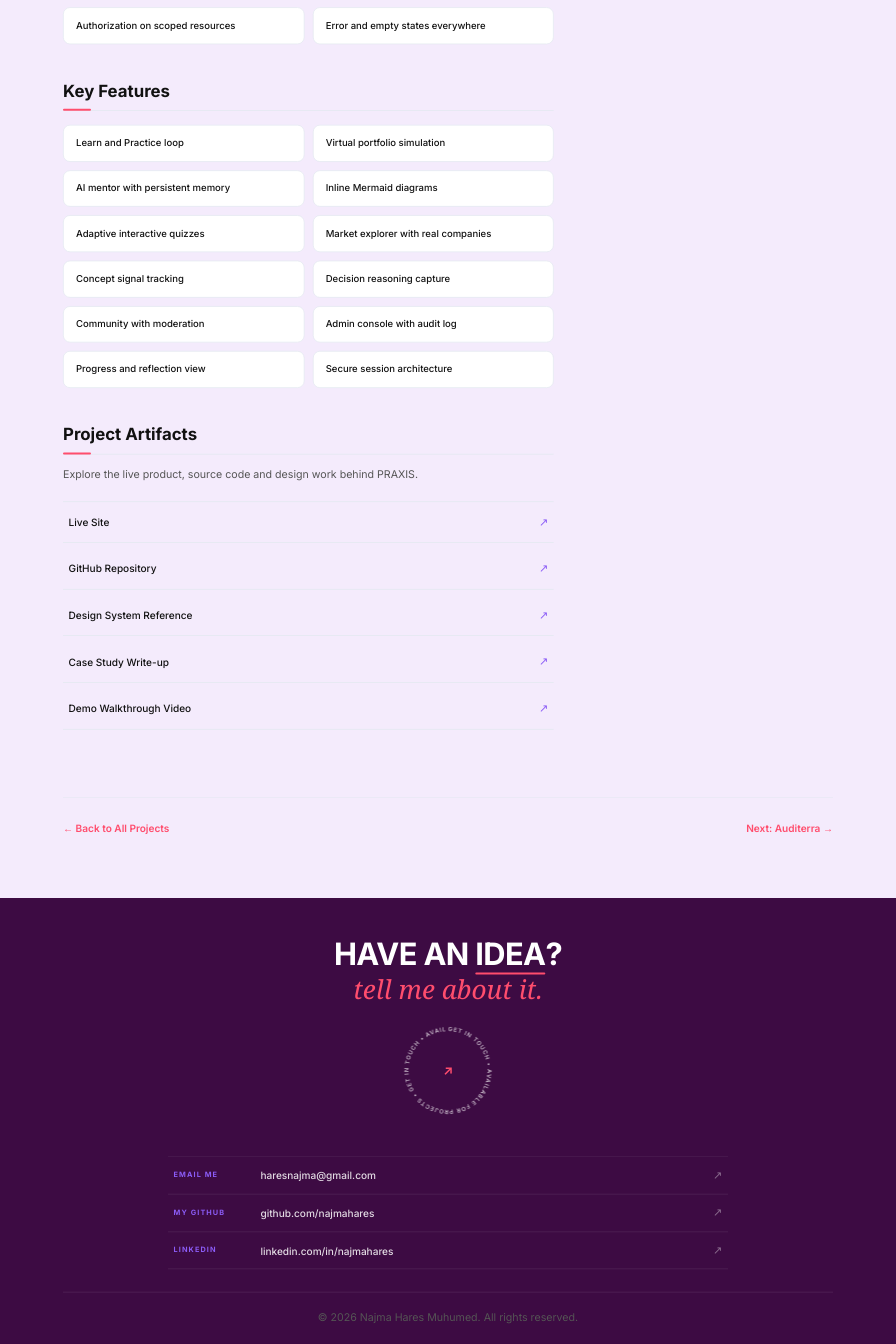
Repository: najmahares/portfolio
Page: praxis.html
These files come from the project's save history. The page is drawn as it stood at one moment and after the next save; the edit follows.
The browser window is 1280 px wide. The pictures show the part of the page from y = 4265 to 6185 px (the page is 6185 px tall before and 6052 px after), at 70% of full size.

Above is the page before, as saved 2026-09-22 13:40:37.

After the next save:
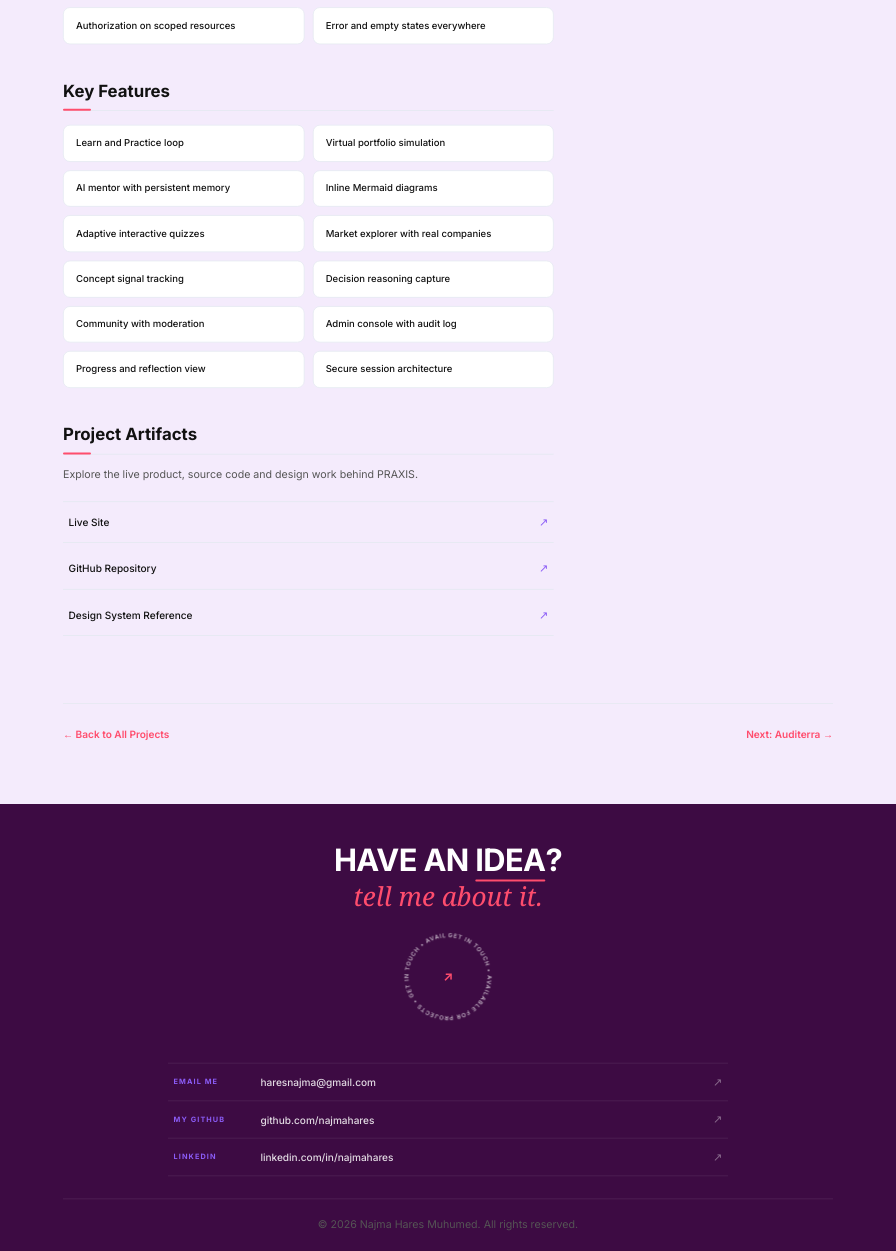
Saved 43 s later.
--- a/praxis.html
+++ b/praxis.html
@@ -389,28 +389,12 @@
                 <span>GitHub Repository</span><span>↗</span>
               </a>
               <a
-                href="#"
+                href="#https://github.com/najmahares/PRAXIS"
                 target="_blank"
                 rel="noopener noreferrer"
                 class="artifact-item"
               >
                 <span>Design System Reference</span><span>↗</span>
-              </a>
-              <a
-                href="#"
-                target="_blank"
-                rel="noopener noreferrer"
-                class="artifact-item"
-              >
-                <span>Case Study Write-up</span><span>↗</span>
-              </a>
-              <a
-                href="#"
-                target="_blank"
-                rel="noopener noreferrer"
-                class="artifact-item"
-              >
-                <span>Demo Walkthrough Video</span><span>↗</span>
               </a>
             </div>
           </section>
